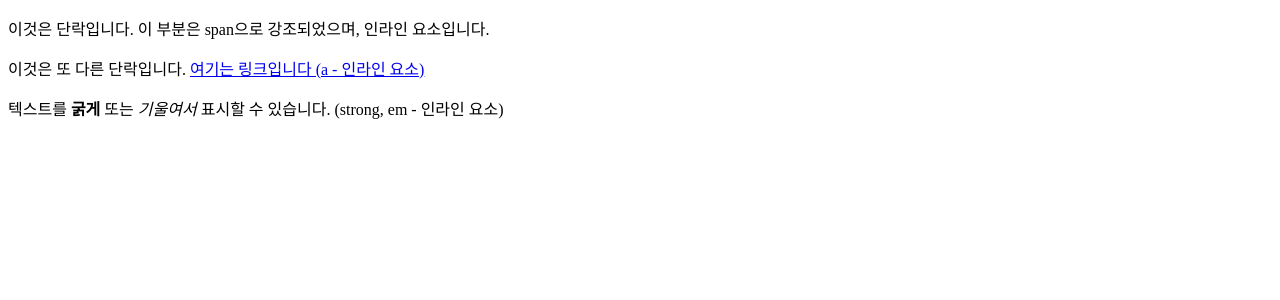
Repository: Junvelop/hkdevelope
Page: Downloads/back_end_edu20240624-master (1)/front_end_20240627/src/main/webapp/html2_블럭요소와인라인요소.html
These files come from the project's save history. The page is drawn as it stood at one moment and after the next save; the edit follows.
The browser window is 1280 px wide. The pictures show the whole page.

Above is the page before, as saved 2024-08-12 02:08:37.

### Downloads/back_end_edu20240624-master (1)/front_end_20240627/src/main/webapp/html2_블럭요소와인라인요소.html
<!DOCTYPE html>
<html lang="en">
<head>
    <meta charset="UTF-8">
    <meta name="viewport" content="width=device-width, initial-scale=1.0">
    <title>인라인 요소 예시</title>
</head>
<body>
    <p>이것은 단락입니다. <span>이 부분은 span으로 강조되었으며, 인라인 요소입니다.</span></p>
    <p>이것은 또 다른 단락입니다. <a href="#">여기는 링크입니다 (a - 인라인 요소)</a></p>
    <p>텍스트를 <strong>굵게</strong> 또는 <em>기울여서</em> 표시할 수 있습니다. (strong, em - 인라인 요소)</p>
</body>
</html>

After the next save:
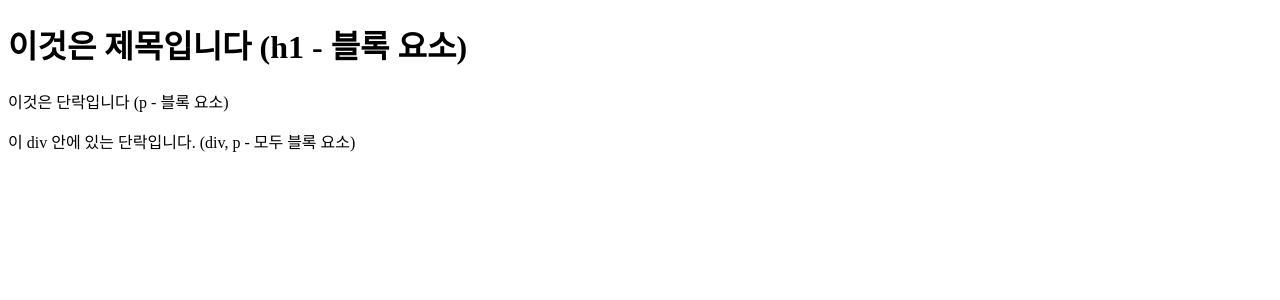
Saved 92 s later.
--- a/Downloads/back_end_edu20240624-master (1)/front_end_20240627/src/main/webapp/html2_블럭요소와인라인요소.html
+++ b/Downloads/back_end_edu20240624-master (1)/front_end_20240627/src/main/webapp/html2_블럭요소와인라인요소.html
@@ -3,11 +3,13 @@
 <head>
     <meta charset="UTF-8">
     <meta name="viewport" content="width=device-width, initial-scale=1.0">
-    <title>인라인 요소 예시</title>
+    <title>블록 요소 예시</title>
 </head>
 <body>
-    <p>이것은 단락입니다. <span>이 부분은 span으로 강조되었으며, 인라인 요소입니다.</span></p>
-    <p>이것은 또 다른 단락입니다. <a href="#">여기는 링크입니다 (a - 인라인 요소)</a></p>
-    <p>텍스트를 <strong>굵게</strong> 또는 <em>기울여서</em> 표시할 수 있습니다. (strong, em - 인라인 요소)</p>
+    <h1>이것은 제목입니다 (h1 - 블록 요소)</h1>
+    <p>이것은 단락입니다 (p - 블록 요소)</p>
+    <div>
+        <p>이 div 안에 있는 단락입니다. (div, p - 모두 블록 요소)</p>
+    </div>
 </body>
 </html>
